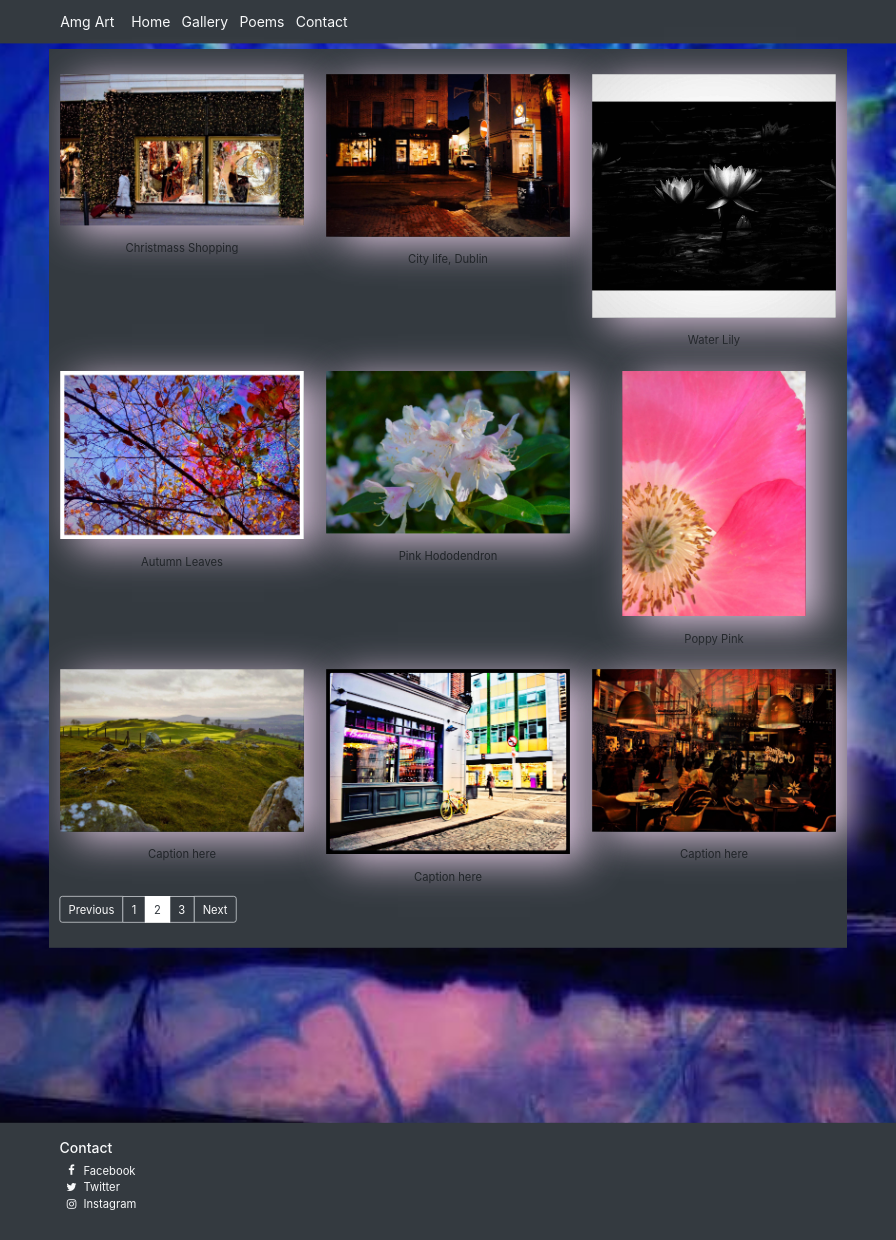
Repository: AllenGleeson/AmgArtGallery
Page: gallery2.html
The author's editor kept a record of every edit. The page is drawn from the files as they stood at one moment, then again after the next edit.
The browser window is 1280 px wide. The pictures show the whole page, at 70% of full size.

Above is the page before.

### gallery2.html
<!DOCTYPE html>
<html>

<head>
    <meta charset="UTF-8">
    <meta name="viewport" content="width=device-width, initial-scale=1.0">
    <meta http-equiv="X-UA-Compatible" content="ie=edge">
    <link rel="stylesheet" href="https://stackpath.bootstrapcdn.com/bootstrap/4.3.1/css/bootstrap.min.css" type="text/css" />
    <link rel="stylesheet" href="https://stackpath.bootstrapcdn.com/font-awesome/4.7.0/css/font-awesome.min.css" type="text/css" />
    <link rel="stylesheet" href="assets/css/style.css" type="text/css" />
</head>

<body>
    <header class="bg-dark mb-2">
        <nav class="navbar navbar-expand-sm navbar-light container">
            <a class="navbar-brand text-light" href="./index.html">Amg Art</a>
            <button class="navbar-toggler" type="button" data-toggle="collapse" data-target="#navbarNavAltMarkup" aria-controls="navbarNavAltMarkup" aria-expanded="false" aria-label="Toggle navigation">
                <span class="navbar-toggler-icon"></span>
            </button>
            <div class="collapse navbar-collapse" id="navbarNavAltMarkup">
                <div class="navbar-nav">
                    <a class="nav-item nav-link text-light" href="./index.html">Home</a>
                    <a class="nav-item nav-link text-light" href="./gallery1.html">Gallery</a>
                    <a class="nav-item nav-link text-light" href="./poems.html">Poems</a>
                    <a class="nav-item nav-link text-light active" href="./contact.html">Contact <span class="sr-only">(current)</span></a>
                </div>
            </div>
        </nav>
    </header>

    <section class="container bg-dark">

        <div class="row">
            <div class="col-sm-4 p-3 text-center" data-toggle="modal" data-target="#image-01">
                <img src="assets/images/christmassshopping.jpg" class="galleryImage"></img>
                <div class="text-center">Christmass Shopping</div>
            </div>
            <div class="col-sm-4 p-3 text-center" data-toggle="modal" data-target="#image-02">
                <img src="assets/images/citylifedublin.jpg" class="galleryImage"></img>
                <div class="text-center">City life, Dublin</div>
            </div>
            <div class="col-sm-4 p-3 text-center" data-toggle="modal" data-target="#image-03">
                <img src="assets/images/waterlily.jpg" class="galleryImage"></img>
                <div class="text-center">Water Lily</div>
            </div>
            <div class="col-sm-4 p-3 text-center" data-toggle="modal" data-target="#image-04">
                <img src="assets/images/autumnleaves.jpg" class="galleryImage"></img>
                <div class="text-center">Autumn Leaves</div>
            </div>
            <div class="col-sm-4 p-3 text-center" data-toggle="modal" data-target="#image-05">
                <img src="assets/images/pinkrhododendron.jpg" class="galleryImage"></img>
                <div class="text-center">Pink Hododendron</div>
            </div>
            <div class="col-sm-4 p-3 text-center" data-toggle="modal" data-target="#image-06">
                <img src="assets/images/poppypink.jpg" class="galleryImage"></img>
                <div class="text-center">Poppy Pink</div>
            </div>
            <div class="col-sm-4 p-3 text-center" data-toggle="modal" data-target="#image-07">
                <img src="assets/images/loghcrewmeath.jpg" class="galleryImage"></img>
                <div class="text-center">Caption here</div>
            </div>
            <div class="col-sm-4 p-3 text-center" data-toggle="modal" data-target="#image-08">
                <img src="assets/images/dublincafe.jpg" class="galleryImage"></img>
                <div class="text-center">Caption here</div>
            </div>
            <div class="col-sm-4 p-3 text-center" data-toggle="modal" data-target="#image-09">
                <img src="assets/images/citydreaming.jpg" class="galleryImage"></img>
                <div class="text-center">Caption here</div>
            </div>
        </div>

        <!--  Gallery Page Navigation -->

        <nav aria-label="GalleryNav">
            <ul class="pagination">
                <li class="page-item">
                    <a class="page-link" href="./gallery1.html" tabindex="-1">Previous</a>
                </li>
                <li class="page-item">
                    <a class="page-link" href="./gallery1.html">1 <span class="sr-only">(current)</span></a>
                </li>
                <li class="page-item active">
                    <a class="page-link active" href="./gallery2.html">2 <span class="sr-only">(current)</span></a>
                </li>
                <li class="page-item">
                    <a class="page-link" href="./gallery3.html">3</a>
                </li>
                <li class="page-item">
                    <a class="page-link" href="./gallery3.html">Next</a>
                </li>
            </ul>
        </nav>
    </section>


    <footer class="p-4 bg-dark text-light">
        <div class="container">
            <div class="row">
                <div class="col-sm-6">
                    <h5>Contact</h5>

                    <ul class="fa-ul">
                        <li><a href="www.facebook.com/amgasdsd" class="text-light"><i class="fa-li fa fa-facebook"></i><span>Facebook</span></a></li>
                        <li><a href="www.twitter.com/amgasdsd" class="text-light"><i class="fa-li fa fa-twitter"></i><span>Twitter</span></a></li>
                        <li><a href="www.instagram.com/amgasdsd" class="text-light"><i class="fa-li fa fa-instagram"></i><span>Instagram</span></a></li>
                    </ul>
                </div>
            </div>
        </div>
    </footer>

    <!-- Modals for Images -->

    <div class="modal fade" id="image-01" tabindex="-1" role="dialog" aria-labelledby="exampleModalLabel" aria-hidden="true">
        <div class="modal-dialog modal-dialog-centered" role="image">
            <div class="modal-content">
                <div class="modal-body">
                    <img src="assets/images/christmassshopping.jpg" class="galleryImage"></img>
                    <div class="text-center">Christmass Shopping</div>
                </div>
            </div>
        </div>
    </div>

    <div class="modal fade" id="image-02" tabindex="-1" role="dialog" aria-labelledby="exampleModalLabel" aria-hidden="true">
        <div class="modal-dialog modal-dialog-centered" role="image">
            <div class="modal-content">
                <div class="modal-body">
                    <img src="assets/images/citylifedublin.jpg" class="mw-100"></img>
                    <div class="text-center">City life, Dublin</div>
                </div>
            </div>
        </div>
    </div>

    <div class="modal fade" id="image-03" tabindex="-1" role="dialog" aria-labelledby="exampleModalLabel" aria-hidden="true">
        <div class="modal-dialog modal-dialog-centered" role="image">
            <div class="modal-content">
                <div class="modal-body">
                    <img src="assets/images/waterlily.jpg" class="mw-100"></img>
                    <div class="text-center">Water Lily</div>
                </div>
            </div>
        </div>
    </div>

    <div class="modal fade" id="image-04" tabindex="-1" role="dialog" aria-labelledby="exampleModalLabel" aria-hidden="true">
        <div class="modal-dialog modal-dialog-centered" role="image">
            <div class="modal-content">
                <div class="modal-body">
                    <img src="assets/images/rose.jpg" class="mw-100"></img>
                    <div class="text-center">Rose</div>
                </div>
            </div>
        </div>
    </div>

    <div class="modal fade" id="image-05" tabindex="-1" role="dialog" aria-labelledby="exampleModalLabel" aria-hidden="true">
        <div class="modal-dialog modal-dialog-centered" role="image">
            <div class="modal-content">
                <div class="modal-body">
                    <img src="assets/images/sunsetmeath.jpg" class="mw-100"></img>
                    <div class="text-center">Sunset, Meath</div>
                </div>
            </div>
        </div>
    </div>

    <div class="modal fade" id="image-06" tabindex="-1" role="dialog" aria-labelledby="exampleModalLabel" aria-hidden="true">
        <div class="modal-dialog modal-dialog-centered" role="image">
            <div class="modal-content">
                <div class="modal-body">
                    <img src="assets/images/summercowparsley.jpg" class="mw-100"></img>
                    <div class="text-center">Summer cow parsley</div>
                </div>
            </div>
        </div>
    </div>

    <div class="modal fade" id="image-07" tabindex="-1" role="dialog" aria-labelledby="exampleModalLabel" aria-hidden="true">
        <div class="modal-dialog modal-dialog-centered" role="image">
            <div class="modal-content">
                <div class="modal-body">
                    <img src="assets/images/loghcrewmeath.jpg" class="mw-100"></img>
                    <div class="text-center">Loghcrew, Meath</div>
                </div>
            </div>
        </div>
    </div>

    <div class="modal fade" id="image-08" tabindex="-1" role="dialog" aria-labelledby="exampleModalLabel" aria-hidden="true">
        <div class="modal-dialog modal-dialog-centered" role="image">
            <div class="modal-content">
                <div class="modal-body">
                    <img src="assets/images/dublincafe.jpg" class="mw-100"></img>
                    <div class="text-center">Dublin cafe</div>
                </div>
            </div>
        </div>
    </div>

    <div class="modal fade" id="image-09" tabindex="-1" role="dialog" aria-labelledby="exampleModalLabel" aria-hidden="true">
        <div class="modal-dialog modal-dialog-centered" role="image">
            <div class="modal-content">
                <div class="modal-body">
                    <img src="assets/images/citydreaming.jpg" class="mw-100"></img>
                    <div class="text-center">City dreaming</div>
                </div>
            </div>
        </div>
    </div>

    <script src="https://code.jquery.com/jquery-3.3.1.slim.min.js" integrity="sha384-q8i/X+965DzO0rT7abK41JStQIAqVgRVzpbzo5smXKp4YfRvH+8abtTE1Pi6jizo" crossorigin="anonymous"></script>
    <script src="https://cdnjs.cloudflare.com/ajax/libs/popper.js/1.14.7/umd/popper.min.js" integrity="sha384-UO2eT0CpHqdSJQ6hJty5KVphtPhzWj9WO1clHTMGa3JDZwrnQq4sF86dIHNDz0W1" crossorigin="anonymous"></script>
    <script src="https://stackpath.bootstrapcdn.com/bootstrap/4.3.1/js/bootstrap.min.js" integrity="sha384-JjSmVgyd0p3pXB1rRibZUAYoIIy6OrQ6VrjIEaFf/nJGzIxFDsf4x0xIM+B07jRM" crossorigin="anonymous"></script>
</body>
</html>

### assets/css/style.css
section {
    display: block;
    width: 1800px;
    padding: 20px;
}

/*------------------------------------------------Color*/

.contentColor {
    background-color: #6A5ACD;
}

/*------------------------------------------------Nav Bar*/

.navbar-toggler {
    background-color: #fafafa;
}

.navbar-nav {
    font-size: 20px;
}

body {
    background-image: url("../images/bluescape.jpg");
    background-size: cover;
    background-repeat: no-repeat;
    background-position: center center;
}


/*------------------------------------------------Home Page*/

#FeaturedImages {
    border: 1px solid black;
    border-color: #fafafa;
    max-height: 700px;
    margin-left: auto;
    margin-right: auto;
    width: fit-content;
}

.carousel-item img {
    max-height: 700px;
}

@media only screen and (max-width: 768px) {
    .carousel-item img {
        max-height: 300px;
        max-width: 300px;
    }
}

/*------------------------------------------------Gallery Page*/

.galleryImage {
    max-height: 350px;
    max-width: 100%;
    margin-bottom: 20px;
    -webkit-box-shadow: 21px 11px 53px 0px rgba(235, 209, 235, 0.92);
    -moz-box-shadow: 21px 11px 53px 0px rgba(235, 209, 235, 0.92);
    box-shadow: 21px 11px 53px 0px rgba(235, 209, 235, 0.92);
}

@media only screen and (max-width: 768px) {
    .galleryImage {
        max-height: none;
    }
}

.page-item.disabled .page-link {
    color: #dee2e6;
    pointer-events: none;
    cursor: auto;
    background-color: #343a40;
}

.page-item.active .page-link {
    z-index: 1;
    color: #343a40;
    background-color: #fff;
    border-color: #fff;
}

.page-link {
    position: relative;
    display: block;
    padding: .5rem .75rem;
    margin-left: -1px;
    line-height: 1.25;
    color: #fafafa;
    background-color: #343a40;
    border: 1px solid #dee2e6;
}

/*------------------------------------------------Poems*/

.poems {
    max-width: 100%;
    -webkit-box-shadow: 21px 11px 53px 0px rgba(235, 209, 235, 0.92);
    -moz-box-shadow: 21px 11px 53px 0px rgba(235, 209, 235, 0.92);
    box-shadow: 21px 11px 53px 0px rgba(235, 209, 235, 0.92);
    padding: 0;
    border: none;
}

/*------------------------------------------------Contact*/

.aboutmeContainer {
    -webkit-box-shadow: 21px 11px 53px 0px rgba(235, 209, 235, 0.92);
    -moz-box-shadow: 21px 11px 53px 0px rgba(235, 209, 235, 0.92);
    box-shadow: 21px 11px 53px 0px rgba(235, 209, 235, 0.92);
    margin-bottom: 90px;
}

#aboutmeBio {
    font-size: 22px;
    font-family: Noto Sans, "san-serif";
    color: #fafafa;
}

#aboutImage {
    max-height: 350px;
    max-width: 100%;
    margin-bottom: 20px;
    -webkit-box-shadow: 21px 11px 53px 0px rgba(235, 209, 235, 0.92);
    -moz-box-shadow: 21px 11px 53px 0px rgba(235, 209, 235, 0.92);
    box-shadow: 21px 11px 53px 0px rgba(235, 209, 235, 0.92);
}

@media only screen and (max-width: 768px) {
    #aboutImage {
        max-height: none;
    }
}

/*------------------------------------------------Footer*/

footer {
    bottom: 0;
    width: 100%;
    white-space: nowrap;
    /* Set the fixed height of the footer here */
    margin: 0;
    margin-top: 250px;
}

@media only screen and (max-width: 500px) {
    footer {
        margin-top: 20px;
    }
}

#footer-icon {
    max-width: 150px;
}

After the next edit:
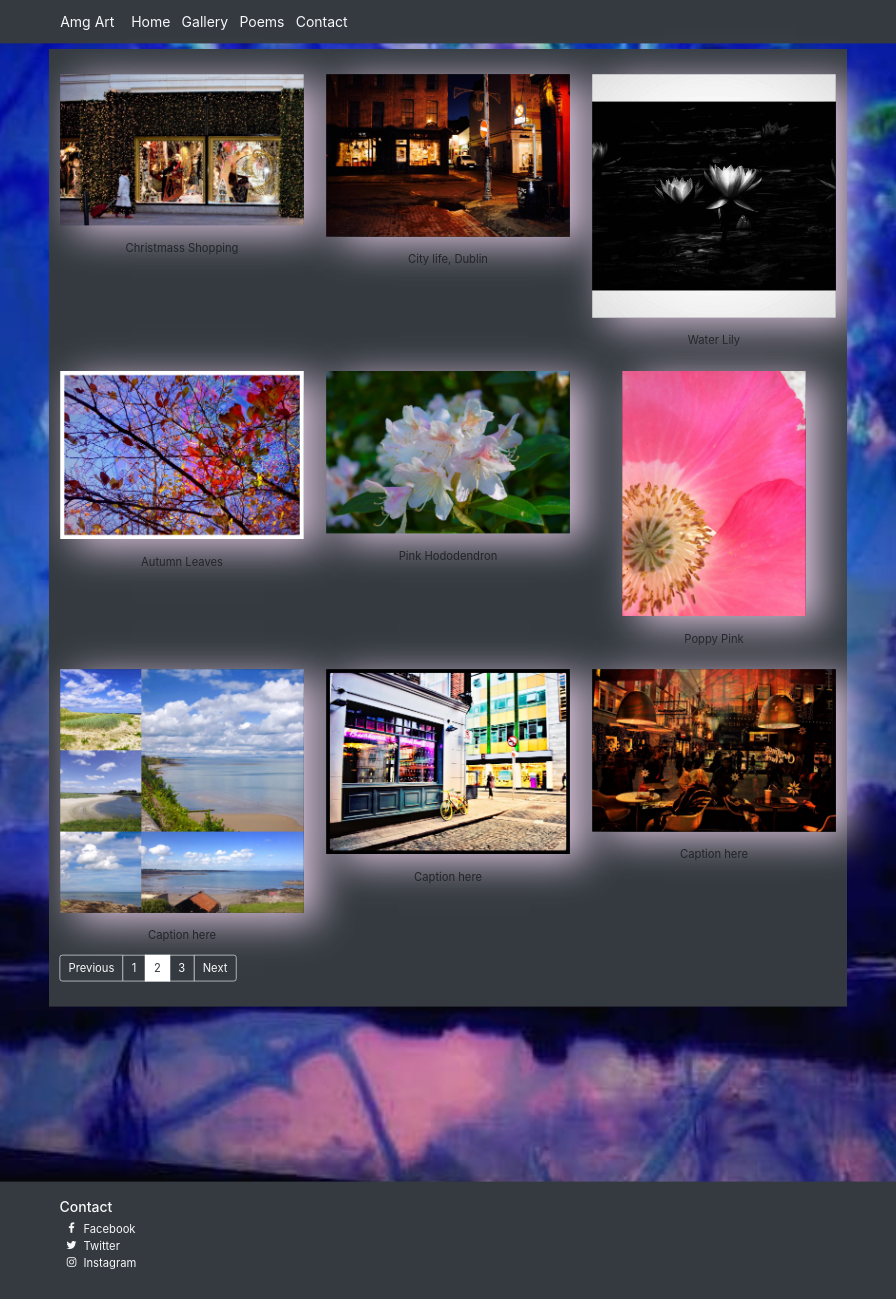
The edit:
--- a/gallery2.html
+++ b/gallery2.html
@@ -56,7 +56,7 @@
                 <div class="text-center">Poppy Pink</div>
             </div>
             <div class="col-sm-4 p-3 text-center" data-toggle="modal" data-target="#image-07">
-                <img src="assets/images/loghcrewmeath.jpg" class="galleryImage"></img>
+                <img src="assets/images/irishsea.jpg" class="galleryImage"></img>
                 <div class="text-center">Caption here</div>
             </div>
             <div class="col-sm-4 p-3 text-center" data-toggle="modal" data-target="#image-08">
